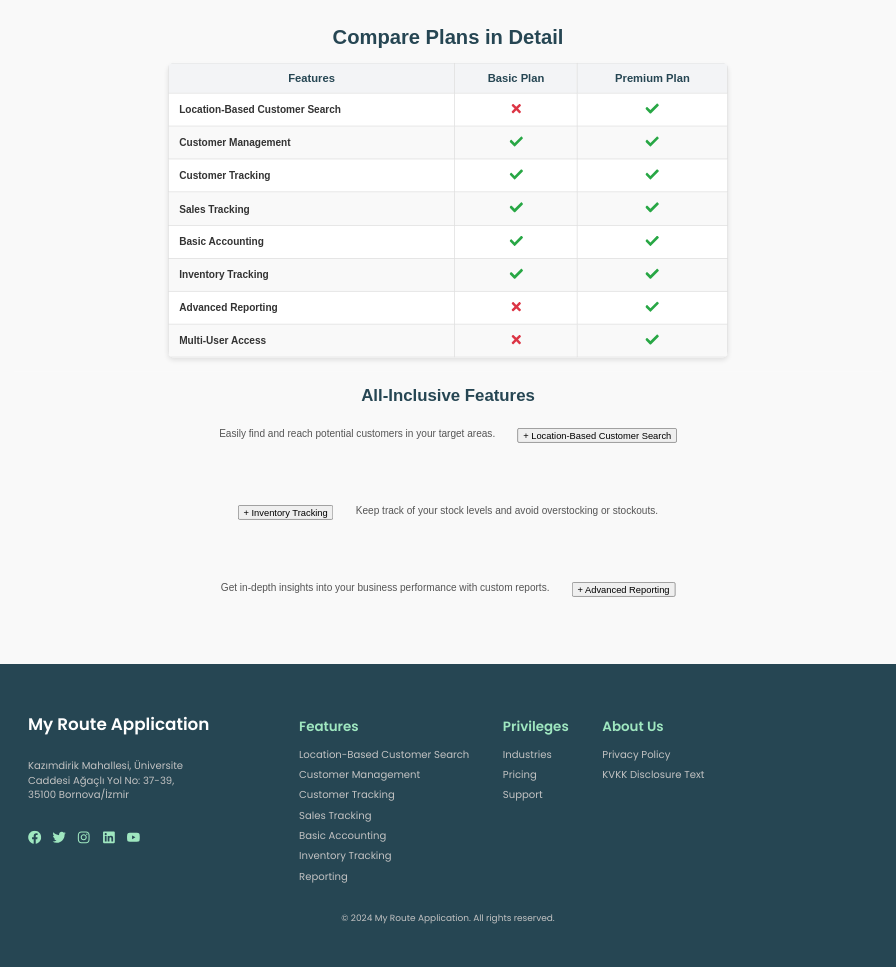
Repository: senolinanyasar/myrouteapplication
Page: /pricing
The author's editor kept a copy of each file at every save. The page is drawn from the files as they stood at one save, then again after the next save.
The browser window is 1280 px wide. The pictures show the part of the page from y = 1191 to 3111 px (the page is 2573 px tall before and 3111 px after), at 70% of full size.
The project was rebuilt for these pictures with package versions that can differ from the ones it lists, and the page was loaded fresh each time. Also part of the build but not shown: vite.config.js, src/components/HeroSection.css, src/components/HeroSection.js, src/components/FeaturesSection.js, src/components/PricingSection.css, src/components/PricingSection.js, src/components/SupportSection.css, src/components/SupportSection.js and 3 more.

Above is the page before, as saved 2024-11-16 22:58:32.

After the next save:
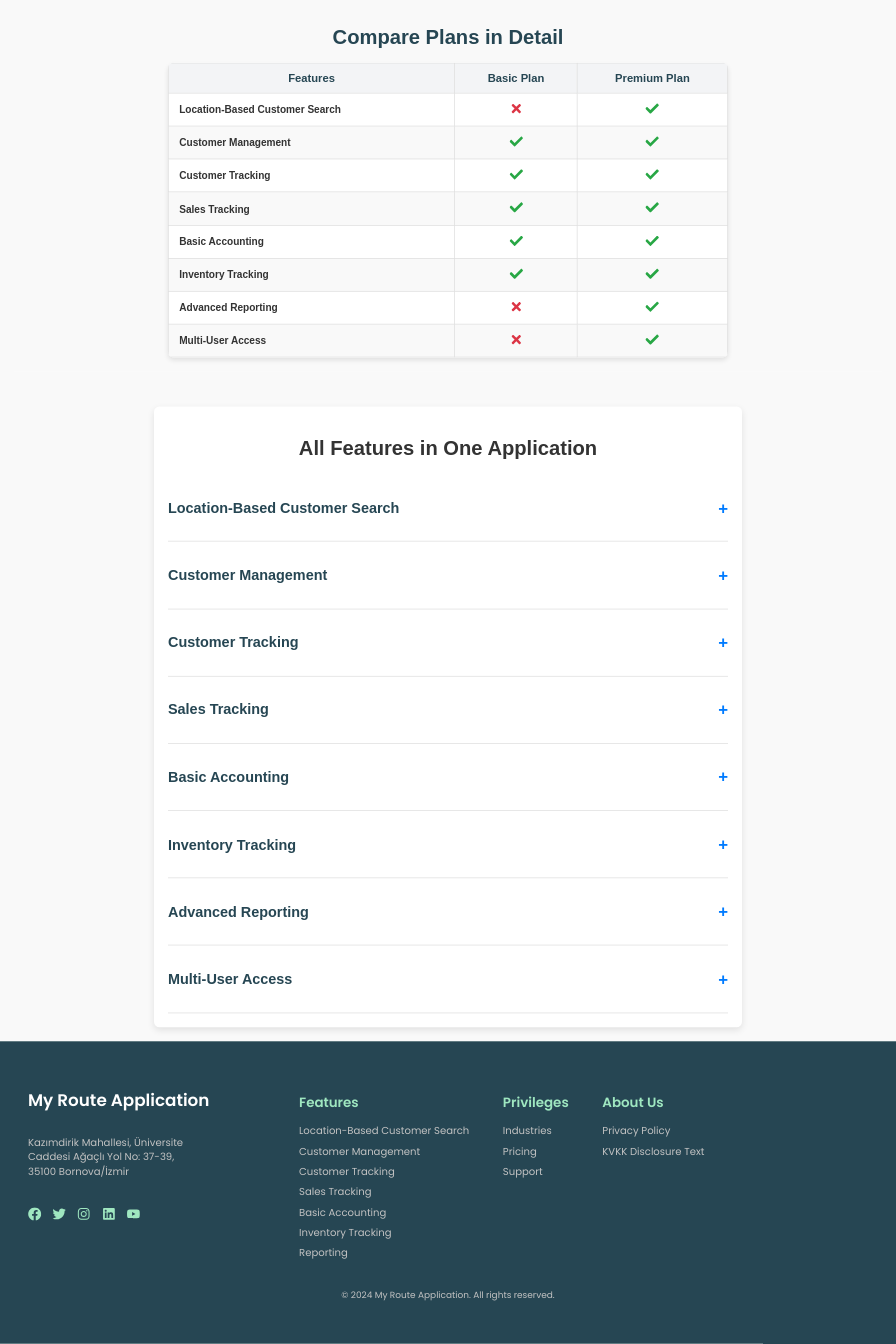
Saved 4 s later.
--- a/src/components/PricingPage.js
+++ b/src/components/PricingPage.js
@@ -4,9 +4,56 @@ import React, { useState } from "react";
 import './PricingPage.css';
 import { FaCheck, FaTimes } from "react-icons/fa";
 
+const featuresData = [
+    {
+        title: 'Location-Based Customer Search',
+        description:
+            'Quickly find potential customers in a specific region based on industry and proximity using Google Maps integration.',
+    },
+    {
+        title: 'Customer Management',
+        description:
+            'Organize, update, and manage your customer database effectively. Track customer details and communication history.',
+    },
+    {
+        title: 'Customer Tracking',
+        description:
+            'Monitor your customers’ activity and interaction history to ensure consistent and effective communication.',
+    },
+    {
+        title: 'Sales Tracking',
+        description:
+            'Track sales performance, identify trends, and analyze sales data to optimize your revenue streams.',
+    },
+    {
+        title: 'Basic Accounting',
+        description:
+            'Keep track of your financial data, including income, expenses, and profit margins, with easy-to-use tools.',
+    },
+    {
+        title: 'Inventory Tracking',
+        description:
+            'Monitor stock levels in real-time, receive alerts for low inventory, and streamline inventory management.',
+    },
+    {
+        title: 'Advanced Reporting',
+        description:
+            'Generate detailed reports on sales, inventory, and customer activity to make data-driven decisions.',
+    },
+    {
+        title: 'Multi-User Access',
+        description:
+            'Allow team members to access and manage different areas of the system with customizable permissions.',
+    },
+];
 
 const PricingPage = () => {
     const [isAnnual, setIsAnnual] = useState(false);
+    const [expandedIndex, setExpandedIndex] = useState(null);
+
+    const handleToggle = (index) => {
+        setExpandedIndex(expandedIndex == index ? null :index);
+    };
 
     return (
         <section className="pricing-page">
@@ -122,22 +169,23 @@ const PricingPage = () => {
                     </tbody>
                 </table>
             </div>
+            <div className="features-expand-container">
+                <h2>All Features in One Application</h2>
+                {featuresData.map((feature,index)=>(
+                    <div key={index} className="feature-item">
+                        <div className="feature-header" onClick={() => handleToggle(index)}>
+                            <h3>{feature.title}</h3>
+                            <span>{expandedIndex === index ? '-' : '+'}</span>
+                        </div>
+                        {expandedIndex == index && (
+                            <div className="feature-description">
+                                <p>{feature.description}</p>
+                            </div>
+                        )}
+                    </div>
+                ))}
+            </div>
 
-            <div className="features-expand">
-                <h2> All-Inclusive Features</h2>
-                <div className="feature">
-                    <button className="feature-toggle">+ Location-Based Customer Search</button>
-                    <p className="feature-description">Easily find and reach potential customers in your target areas.</p>
-                </div>
-                <div className="feature">
-                    <button className="feature-toggle">+  Inventory Tracking</button>
-                    <p className="feature-description">Keep track of your stock levels and avoid overstocking or stockouts.</p>
-                </div>
-                <div className="feature">
-                    <button className="feature-toggle">+ Advanced Reporting</button>
-                    <p className="feature-description">Get in-depth insights into your business performance with custom reports.</p>
-                </div>
-            </div>
         </section>
     );
 
